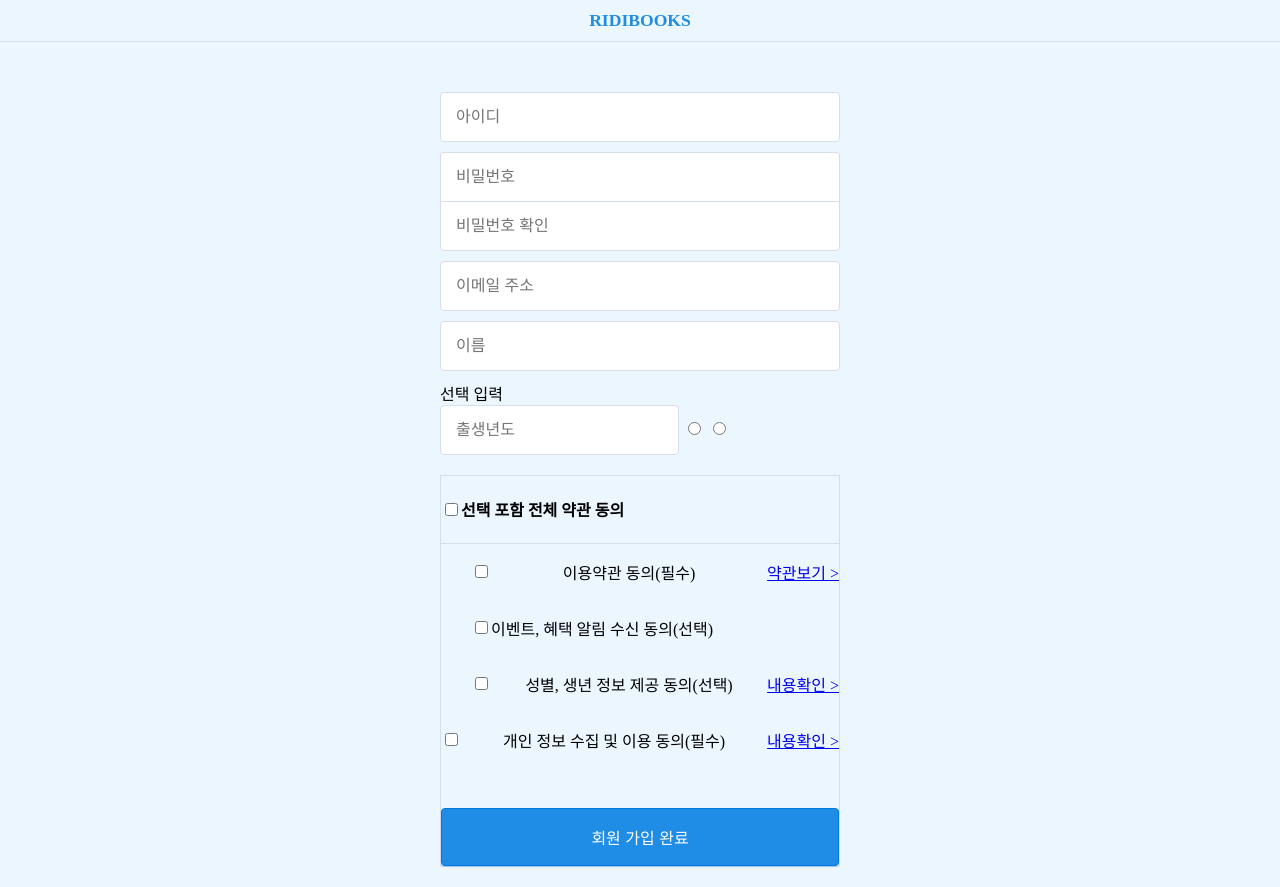
Repository: mega-teamproject/teamproject1
Page: html/join2.html
These files come from the project's save history. The page is drawn as it stood at one moment and after the next save; the edit follows.
The browser window is 1280 px wide. The pictures show the whole page.

Above is the page before, as saved 2021-12-27 01:37:01.

After the next save:
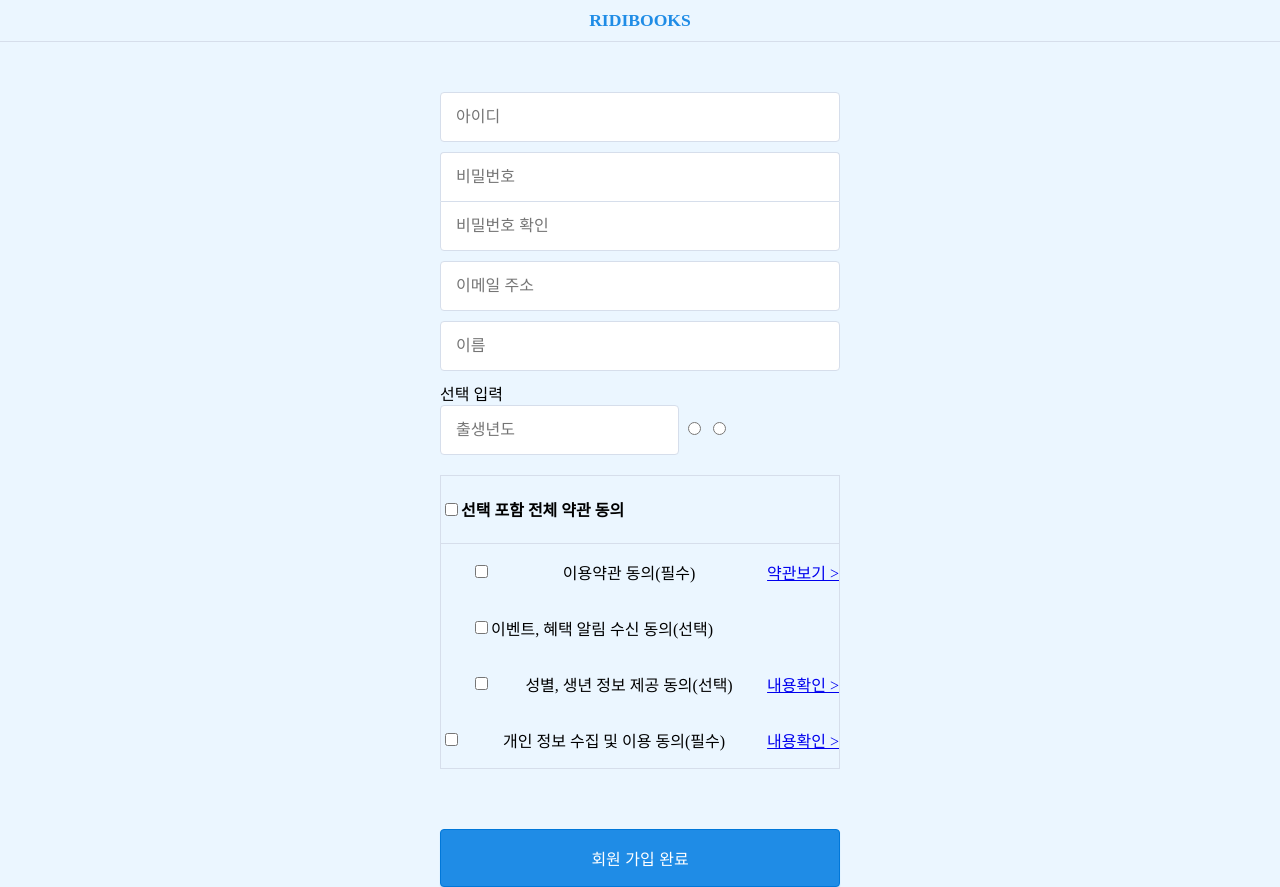
Saved 24 s later.
--- a/html/join2.html
+++ b/html/join2.html
@@ -68,15 +68,15 @@
             <p>개인 정보 수집 및 이용 동의(필수)</p>
             <a href="#">내용확인 ></a>
           </div>
-          <div class="complete">
-            <button
-              class="submit-login"
-              type="button"
-              onclick="location.href='join2.html'"
-            >
-              회원 가입 완료
-            </button>
-          </div>
+        </div>
+        <div class="complete">
+          <button
+            class="submit-login"
+            type="button"
+            onclick="location.href='join2.html'"
+          >
+            회원 가입 완료
+          </button>
         </div>
       </form>
     </div>
